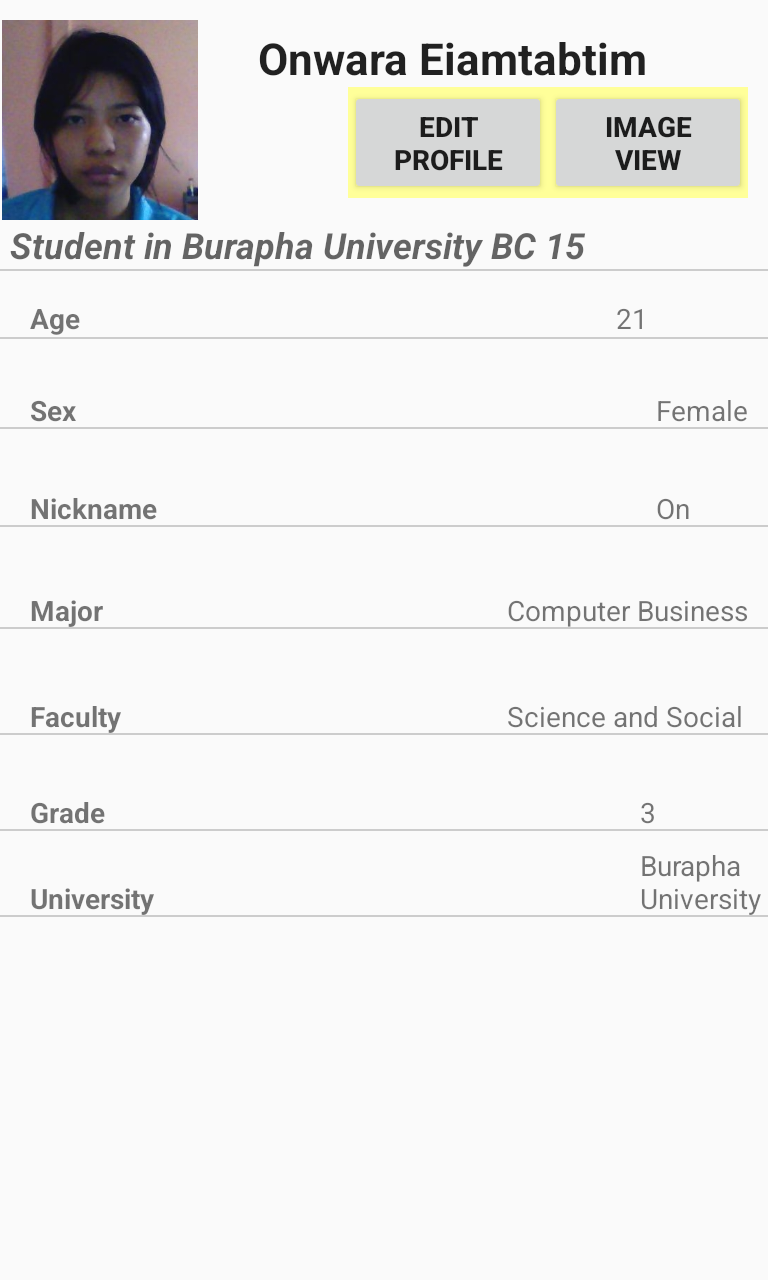
Repository: Android55410599/PROFILE
Layout: Resume_55410559/res/layout/activity_main.xml
The author's editor kept a copy of each file at every save. The layout is drawn from the files as they stood at one save, then again after the next save.
It is drawn on a 768 x 1280 px phone screen (xhdpi) without system bars, with theme AppTheme; the app's code is not run.

Above is the layout before, as saved 2014-09-03 13:10:46.

After the next save:
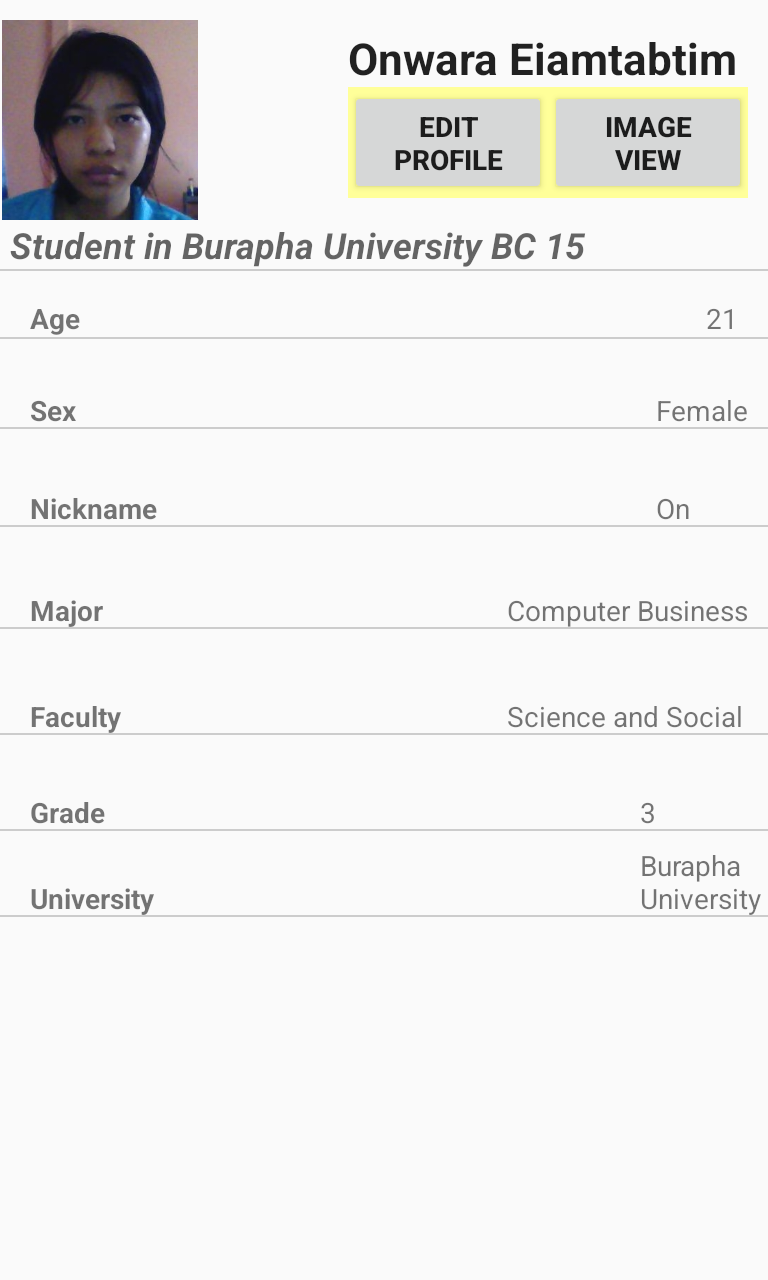
Saved 8 s later.
--- a/Resume_55410559/res/layout/activity_main.xml
+++ b/Resume_55410559/res/layout/activity_main.xml
@@ -21,10 +21,9 @@
         android:id="@+id/textView1"
         android:layout_width="wrap_content"
         android:layout_height="wrap_content"
+        android:layout_alignLeft="@+id/linearLayout3"
         android:layout_alignParentTop="true"
-        android:layout_marginLeft="29dp"
         android:layout_marginTop="14dp"
-        android:layout_toRightOf="@+id/linearLayout1"
         android:text="Onwara Eiamtabtim"
         android:textAppearance="?android:attr/textAppearanceLarge"
         android:textStyle="bold" />
